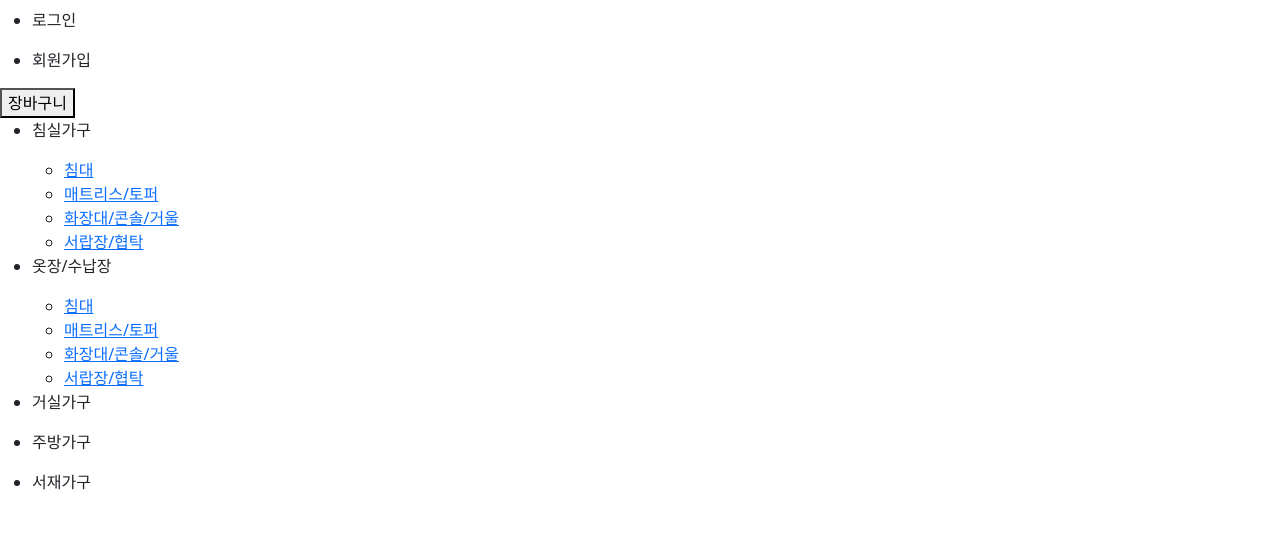
Repository: raoniee/Elice-House-Project
Page: FE/src/components/header/header.html
The author's editor kept a copy of each file at every save. The page is drawn from the files as they stood at one save, then again after the next save.
The browser window is 1280 px wide. The pictures show the whole page.

Above is the page before, as saved 2023-07-04 15:44:51.

After the next save:
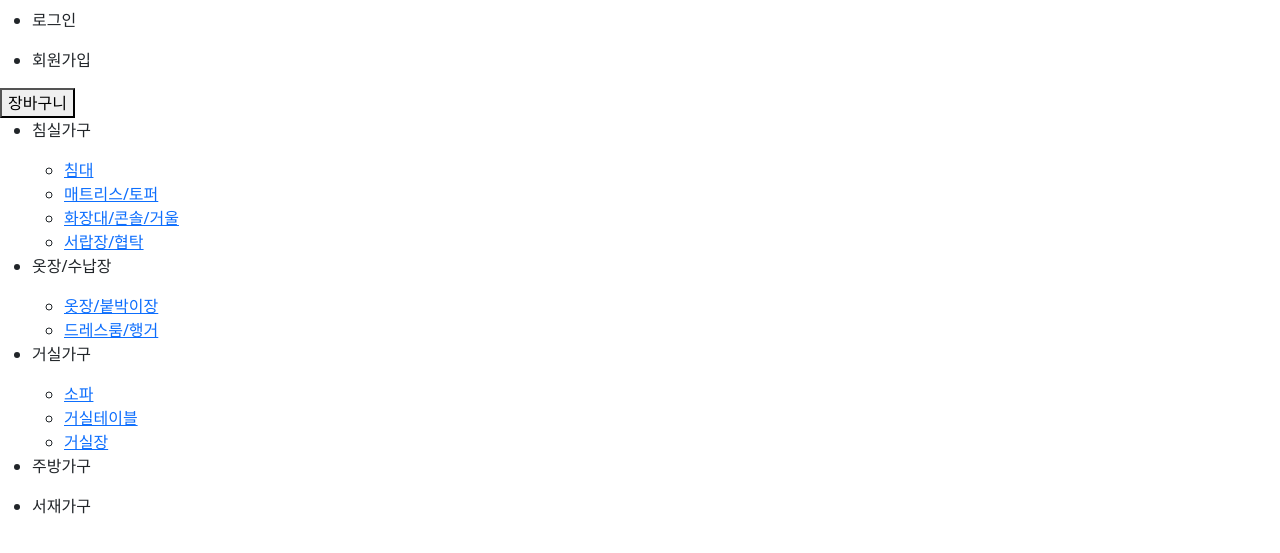
Saved 76 s later.
--- a/FE/src/components/header/header.html
+++ b/FE/src/components/header/header.html
@@ -54,15 +54,24 @@
               <nav class="smenu">
                 <div class="smenu_inner">
                   <ul>
-                    <li><a href="">침대</a></li>
-                    <li><a href="">매트리스/토퍼</a></li>
-                    <li><a href="">화장대/콘솔/거울</a></li>
-                    <li><a href="">서랍장/협탁</a></li>
+                    <li><a href="">옷장/붙박이장</a></li>
+                    <li><a href="">드레스룸/행거</a></li>
                   </ul>
                 </div>
               </nav>
             </li>
-            <li><p>거실가구</p></li>
+            <li>
+              <p>거실가구</p>
+              <nav class="smenu">
+                <div class="smenu_inner">
+                  <ul>
+                    <li><a href="">소파</a></li>
+                    <li><a href="">거실테이블</a></li>
+                    <li><a href="">거실장</a></li>
+                  </ul>
+                </div>
+              </nav>
+            </li>
             <li><p>주방가구</p></li>
             <li><p>서재가구</p></li>
           </ul>
